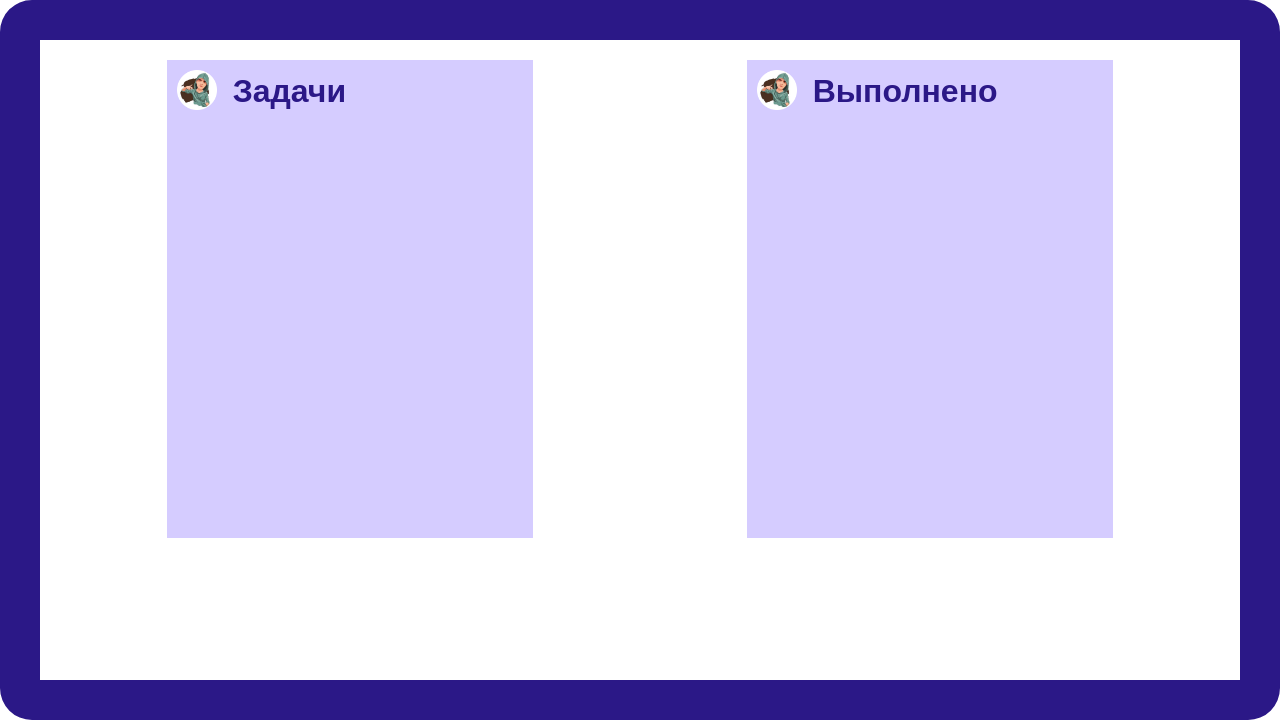
Repository: VitasYo/Kanban
Page: index.html
These files come from the project's save history. The page is drawn as it stood at one moment and after the next save; the edit follows.
The browser window is 1280 px wide. The pictures show the whole page.

Above is the page before, as saved 2024-04-14 22:09:37.

### index.html
<!DOCTYPE html>
<html lang="en">
<head>
  <meta charset="UTF-8">
  <meta name="viewport" content="width=device-width, initial-scale=1.0">
  <link rel="stylesheet" href="./src/assets/css/index.css">
  <title>To-Do-List-Kanban</title>
</head>
<body>
  <main class="kanban">
    <section class="kanban__column kanban__column--to-do">
      <div class="kanban__title_and_icon">
        <img height=40 width=40 src="src/assets/img/Avatar.jpg" alt="Аватар">
        <h2 class="kanban__title">Задачи</h2>
      </div>

    </section>

    <section class="kanban__column kanban__column--done">
      <div class="kanban__title_and_icon">
        <img height=40 width=40 src="src/assets/img/Avatar.jpg" alt="Аватар">
        <h2 class="kanban__title">Выполнено</h2>
      </div>
    </section>
  </main>
  </body>
<script src="./src/assets/js/index.js"></script>
</html>

### src/assets/css/index.css
@import url('https://fonts.googleapis.com/css2?family=DM+Sans:opsz,wght@9..40,100;9..40,200;9..40,300;9..40,400;9..40,500;9..40,600;9..40,700;9..40,800;9..40,900;9..40,1000&display=swap');
@import './component/_header.css';
@import './component/_kanban.css';
@import './_media.css';



* {
  font-family: 'DM Sans', sans-serif;
}

* {
  box-sizing: border-box;
  margin: 0;
  padding: 0;
}

body {
  font-family: 'Arial', sans-serif;
  background-color: white;
  color: white;
  display: flex;
  flex-direction: column;
  min-height: 100vh;
}


.header__title,
.footer__text {
  margin: 0;
  padding: 10px 0;
}

.container {
  width: 100%;
  padding-right: 15px;
  padding-left: 15px;
  margin-right: auto;
  margin-left: auto;
}

### src/assets/css/component/_kanban.css
.kanban {
    display: flex;
    flex-wrap: wrap;
    padding: 20px;
    justify-content: space-around;
    flex-grow: 1;
    border-radius: 32px;
    border: 40px solid #2B1887;
}

.kanban__column {
    flex: 0 0 100%;
    height: 478px;
    background-color: #D5CCFF;

    padding: 10px;

}

.kanban__title {
    color: #2B1887;
    font-size: 32px;
    margin-bottom: 24px;
    padding-left: 16px;
}

.kanban__title_and_icon {
    display: flex;
}

### src/assets/css/_media.css
@media (min-width: 576px) {
    .container {
        max-width: 540px;
    }
}

@media (min-width: 768px) {
    .container {
        max-width: 720px;
    }
}

@media (min-width: 992px) {
    .container {
        max-width: 960px;
    }
}

@media (min-width: 1200px) {
    .container {
        max-width: 1140px;
    }
}

@media (min-width: 1400px) {
    .container {
        max-width: 1320px;
    }
}

@media screen and (min-width: 640px) {
    .kanban__column {
        flex: 0 0 calc(33.333% - 20px);
    }
}

Loaded but not shown: src/assets/js/index.js (no stored copy; drawn as an empty file); src/assets/css/component/_header.css (no stored copy; drawn as an empty file)

After the next save:
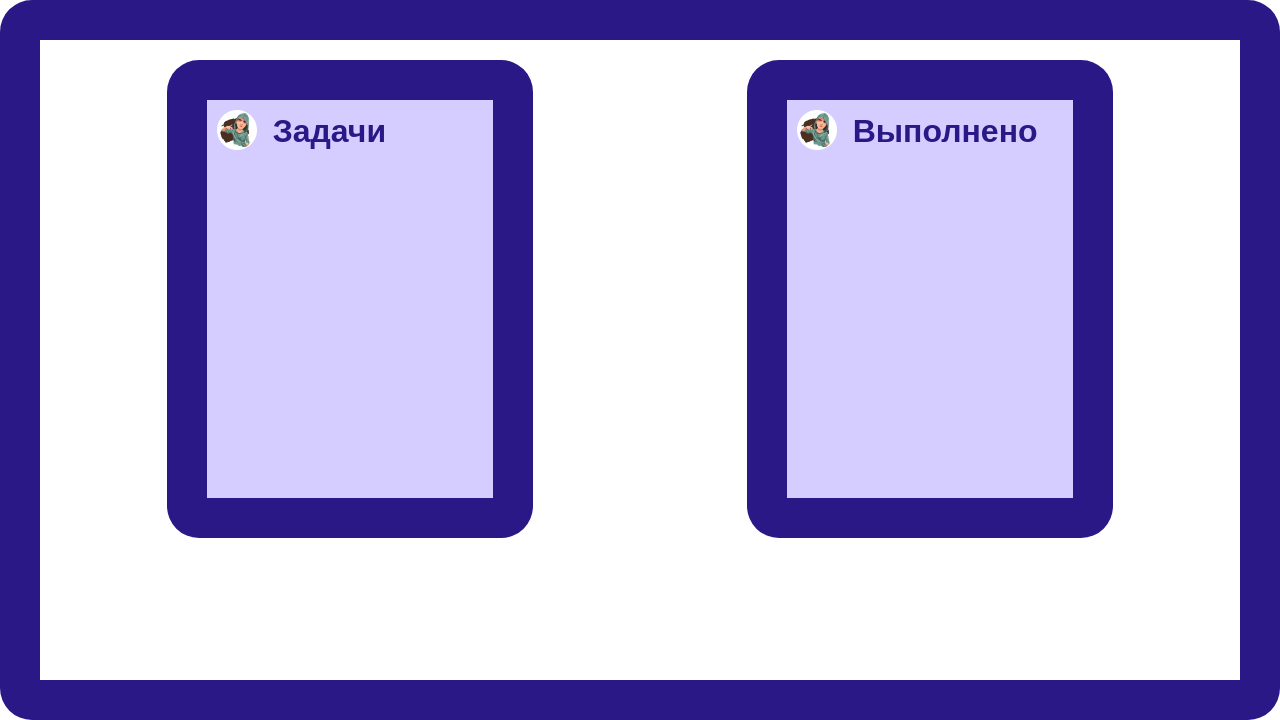
Saved 32 s later.
--- a/src/assets/css/component/_kanban.css
+++ b/src/assets/css/component/_kanban.css
@@ -12,7 +12,8 @@
     flex: 0 0 100%;
     height: 478px;
     background-color: #D5CCFF;
-
+    border-radius: 32px;
+    border: 40px solid #2B1887;
     padding: 10px;
 
 }

After the save that followed:
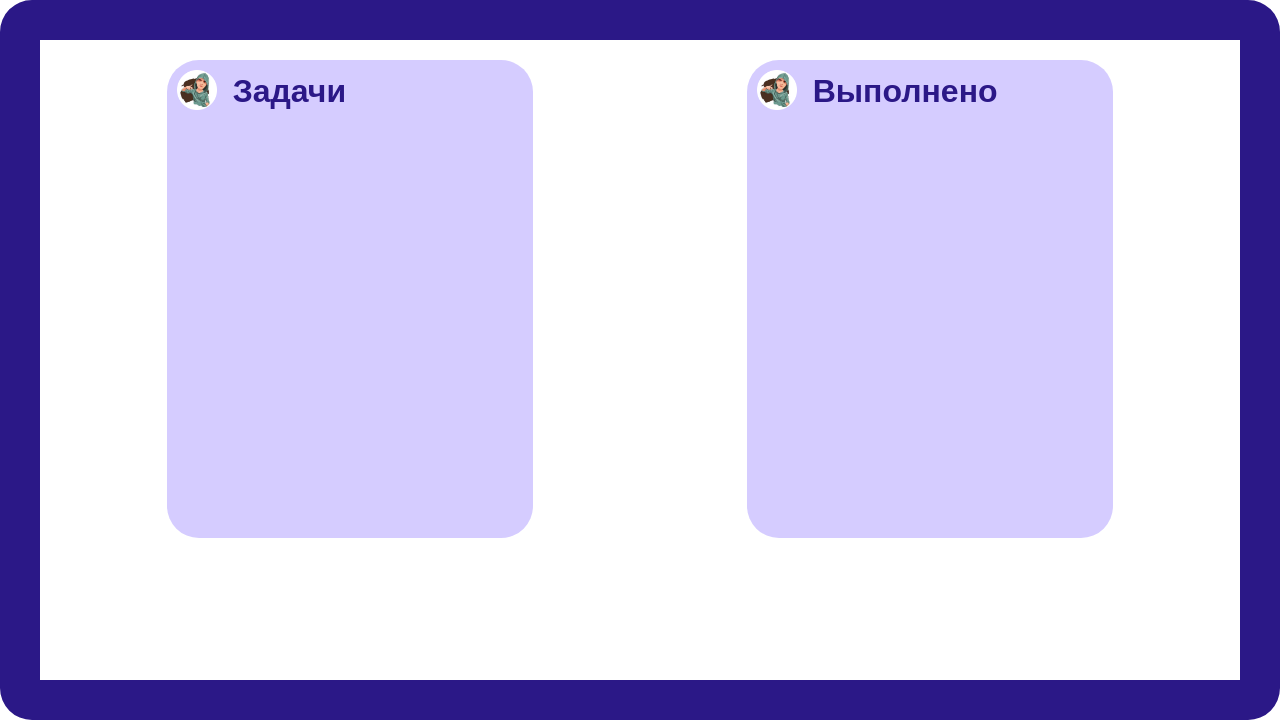
Saved 17 s later.
--- a/src/assets/css/component/_kanban.css
+++ b/src/assets/css/component/_kanban.css
@@ -13,7 +13,6 @@
     height: 478px;
     background-color: #D5CCFF;
     border-radius: 32px;
-    border: 40px solid #2B1887;
     padding: 10px;
 
 }
